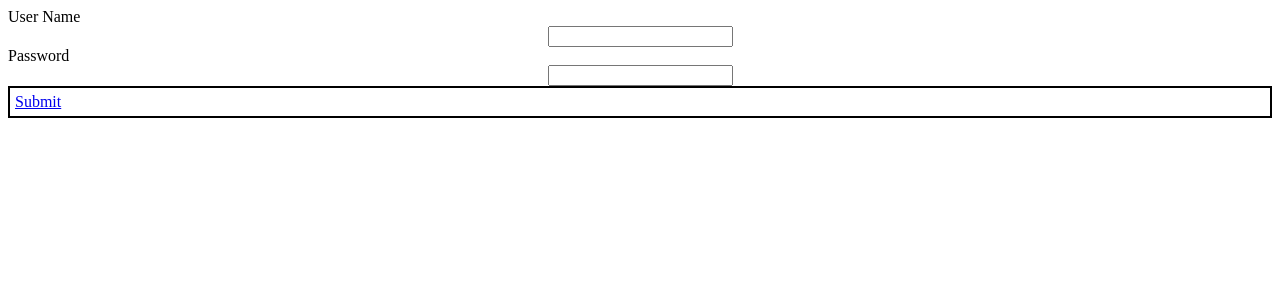
Repository: Nitin-Kalshetty/Training_Java
Page: myServletApp/src/main/webapp/index.html
An editor plug-in stored every save of this project. The page is shown before and after the next save, followed by the edit.
The browser window is 1280 px wide. The pictures show the whole page.

Above is the page before, as saved 2023-05-24 18:38:34.

### myServletApp/src/main/webapp/index.html
<!DOCTYPE html>
<html>
<head>
<meta charset="UTF-8">
<title>Insert title here</title>
</head>
<style>
.styleBlock{
	display:block;
	margin : auto;
}
#btn{
	border:2px solid black;
	padding:5px;
}

</style>
<body>
<label class="styleBlock">User Name</label>
<input class="styleBlock"></input>
<label class="styleBlock">Password</label>
<input class="styleBlock"></input>
<a class="styleBlock" id="btn" href="myNewServlet">Submit</a>

</body>
</html>

After the next save:
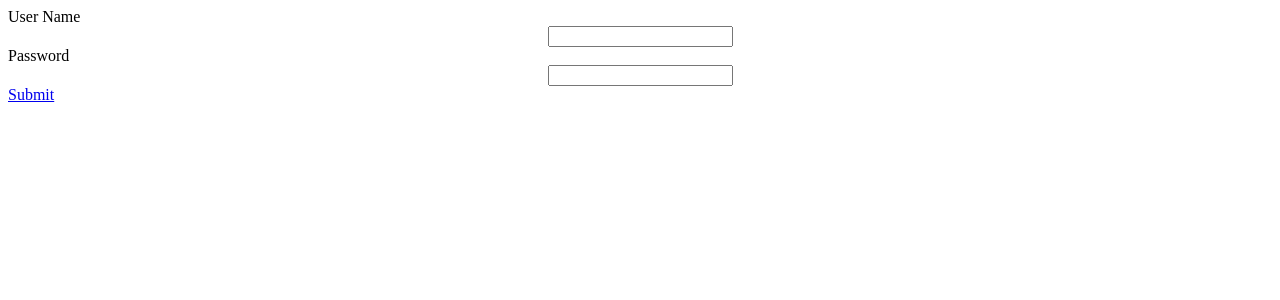
Saved 86 s later.
--- a/myServletApp/src/main/webapp/index.html
+++ b/myServletApp/src/main/webapp/index.html
@@ -9,10 +9,7 @@
 	display:block;
 	margin : auto;
 }
-#btn{
-	border:2px solid black;
-	padding:5px;
-}
+
 
 </style>
 <body>
@@ -20,7 +17,7 @@
 <input class="styleBlock"></input>
 <label class="styleBlock">Password</label>
 <input class="styleBlock"></input>
-<a class="styleBlock" id="btn" href="myNewServlet">Submit</a>
+<a class="styleBlock"  href="myNewServlet">Submit</a>
 
 </body>
 </html>
